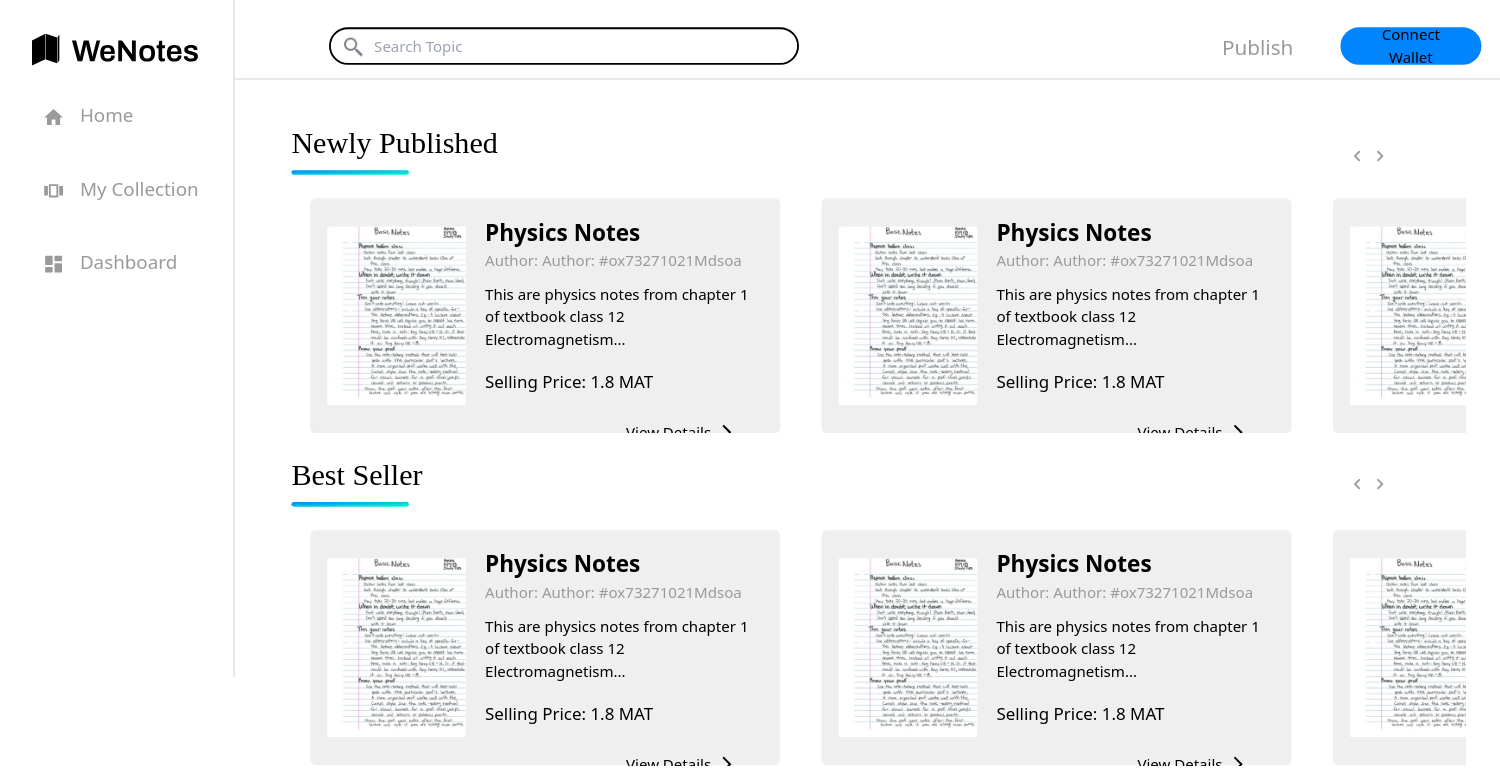
Repository: BhumilModi/WEnotes-Marketplace
Page: /
The author's editor kept a copy of each file at every save. The page is drawn from the files as they stood at one save, then again after the next save.
The browser window is 1280 px wide. The page is 1596 px wide, so the pictures cover 1596 px, including what lies to the right of the window. The pictures show the whole page, at 94% of full size.
The project was rebuilt for these pictures with package versions that can differ from the ones it lists, and the page was loaded fresh each time. The framework's server and built-in components were replaced by stand-ins that run in the browser. Also part of the build but not shown: next.config.js.

Above is the page before, as saved 2022-06-02 15:48:14.

After the next save:
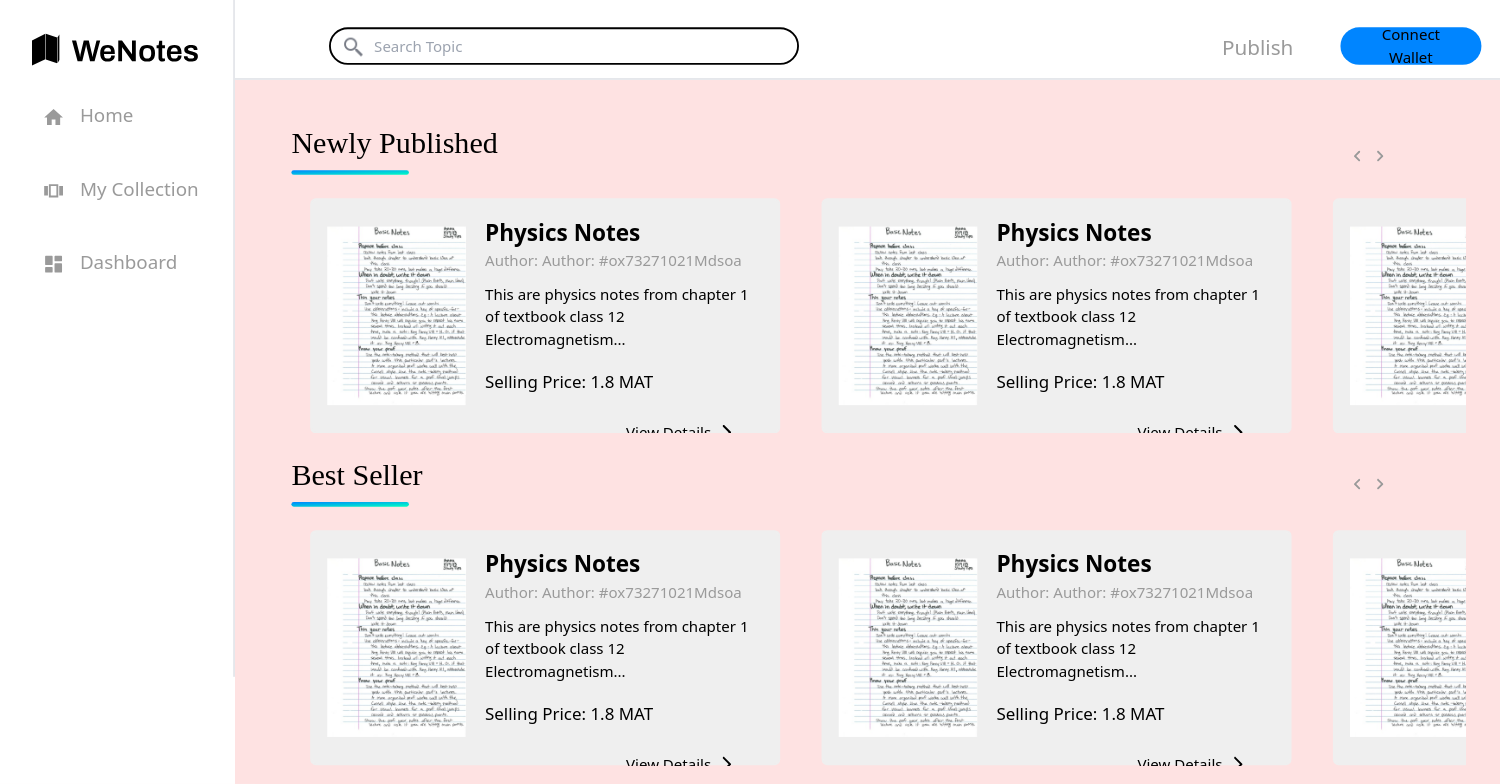
Saved 15 s later.
--- a/pages/index.js
+++ b/pages/index.js
@@ -1,7 +1,7 @@
 import HomeMain from '../components/main'
 
 const style = {
-  wrapper: `flex pt-[15px] pl-[60px]`,
+  wrapper: `flex pt-[15px] pl-[60px] bg-red-100`,
 }
 
 export default function MyApp() {
